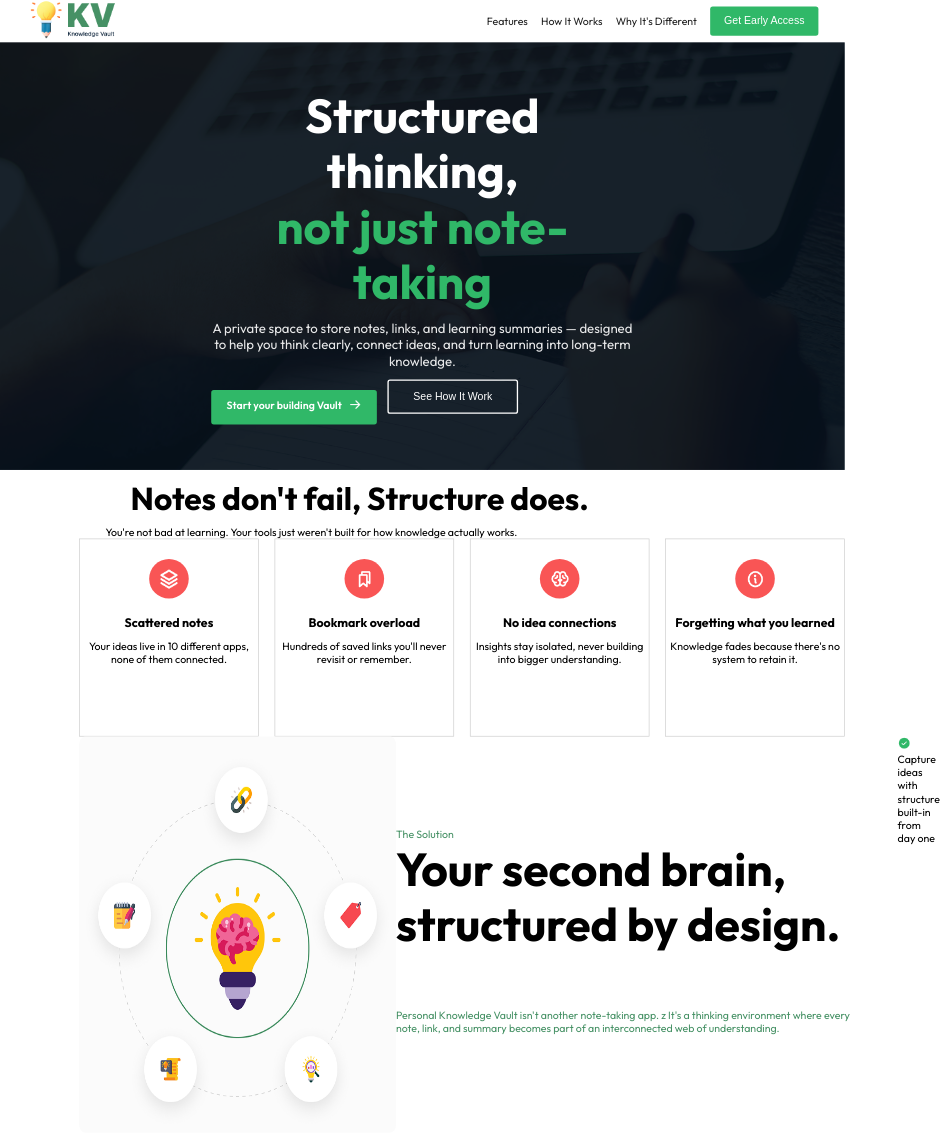
Repository: tanimtanzilislam/Assignment1-PH
Page: index.html
An editor plug-in stored every save of this project. The page is shown before and after the next save, followed by the edit.
The browser window is 1280 px wide. The page is 1424 px wide, then 1280 px, then 1424 px, so the pictures cover 1424 px, including what lies to the right of the window. The pictures show the whole page, at 66% of full size.

Above is the page before, as saved 2026-01-19 23:59:11.

### index.html
<!DOCTYPE html>
<html lang="en">
<head>
    <meta charset="UTF-8">
    <meta name="viewport" content="width=device-width, initial-scale=1.0">
    <title>Assignment 1</title>

    <link rel="stylesheet" href="./style.css">


    <link rel="preconnect" href="https://fonts.googleapis.com">
    <link rel="preconnect" href="https://fonts.gstatic.com" crossorigin>
    <link href="https://fonts.googleapis.com/css2?family=Outfit:wght@100..900&display=swap" rel="stylesheet">
    <link rel="stylesheet" href="https://cdnjs.cloudflare.com/ajax/libs/font-awesome/6.5.1/css/all.min.css">


</head>

<body class="font-inter">

<header>

    <nav class="navbar">
        <div class="logo-navbar">
            <img src="./assets/logo-navbar.png" alt="Logo">
        </div>

        <ul class="nav-list">
            <li><a href="#">Features</a></li>
            <li><a href="#">How It Works</a></li>
            <li><a href="#">Why It's Different</a></li>
            <li><button class="nav-button">Get Early Access</button></li>
        </ul>
    </nav>


    <section id="banner">
        <img src="./assets/hero-bg.png" alt="Background" class="bg-img">

        <div class="banner-content">
            <h1>Structured thinking,</h1>
            <h1 class="banner-content-col">not just note-taking</h1>
            <p>A private space to store notes, links, and learning summaries — designed to
help you think clearly, connect ideas, and turn learning into long-term knowledge.</p>

<div class="button-group">
<button class="banner-btn">
    <span class="txtbtn">Start your building Vault</span>
    <img src="./assets/ArrowRight.png" alt="" class="arrow">
</button>


<button class="transparent-button">See How It Work</button>

</div>

</div>
    </section>
</header>


<div class="poster">
    <h1>Notes don't fail, Structure does.</h1>
  <div><p>You're not bad at learning. Your tools just weren't built for how knowledge actually works.</p></div>
</div>







<div class="card-container">
    <div class="card">
        <div class="ellipse-shape">
            <img src="./assets/Vector.png" alt="" class="icon-img">
        </div>
        <h3>Scattered notes</h3>
        <p>Your ideas live in 10 different apps, none of them connected.</p>
    </div>

    <div class="card">
        <div class="ellipse-shape">
             <img src="./assets/Bookmarks.png" alt="" class="icon-img">
        </div>
        <h3>Bookmark overload</h3>
        <p>Hundreds of saved links you'll never revisit or remember.</p>
    </div>

    <div class="card">
        <div class="ellipse-shape">
           <img src="./assets/Brain.png" alt="" class="icon-img">
        </div>
        <h3>No idea connections</h3>
        <p>Insights stay isolated, never building into bigger understanding.</p>
    </div>

     <div class="card">
        <div class="ellipse-shape">
             <img src="./assets/Info.png" alt="" class="icon-img">
        </div>
        <h3>Forgetting what
you learned</h3>
        <p>Knowledge fades because there's no system to retain it.</p>
    </div>
</div>


<div class="App">

<img src="./assets/knowledge.png" alt="" class="App-img">
<div class="soln">
    <p >The Solution</p>
    <h1>Your second brain,
structured by design.</h1>
<p class="para">Personal Knowledge Vault isn't another note-taking app. z It's a thinking environment where every note, link, and summary becomes part of an interconnected web of understanding.</p>
</div>
<div class="list">


        <p> <img src="./assets/CheckCircle.png" alt="">Capture ideas with structure built-in from day one </p>


</div>




</div>



</body>
</html>

### style.css
*{
    margin: 0;
    padding: 0;
    box-sizing: border-box;
}

.font-inter{
    font-family: "Outfit", sans-serif;
}

/* NAVBAR */
.navbar{
    max-width: 1200px;
    height: 64px;
    margin: 0 auto;
    display: flex;
    justify-content: space-between;
    align-items: center;
}

.logo-navbar img{
    width: 139px;
    height: auto;
}

.nav-list{
    display: flex;
    list-style: none;
    gap: 20px;
    align-items: center;
}

.nav-list a{
    text-decoration: none;
    color: #222;
    font-size: 16px;
}

.nav-button{
    width: 164px;
    height: 44px;
    color: white;
    background-color: #30B868;
    border-radius: 4px;
    border: none;
    font-size: 16px;
    cursor: pointer;
}

/* BANNER */
#banner{
    position: relative;
    height: 90vh;
    overflow: hidden;
}

.bg-img{
    width: 100%;
    height: 100%;
    object-fit: cover;
}

/* overlay */
#banner::before{
    content: "";
    position: absolute;
    inset: 0;
    background: rgba(0,0,0,0.5);
}

/* TEXT ON IMAGE */
.banner-content{
    position: absolute;
    top: 50%;
    left: 50%;
    transform: translate(-50%, -50%);
    color: white;
    text-align: center;
    max-width: 770px;
}

.banner-content h1{
    font-size: 72px;
    font-weight: 700;
    line-height: 84px;
}

.banner-content p{
    font-size: 20px;
    margin-top: 15px;
    opacity: 0.9;
}


.banner-content-col{
    color:#30B868
}
.banner-btn{
    width: 251px;
    height: 52px;
    border-radius: 4px;         /* correct */
    padding: 4px 16px 12px 16px;
    margin-top: 32px;
    gap: 10px;
    background-color: #30B868;
    display: flex;
    align-items: center;        /* vertically center */
    justify-content: center;
    cursor: pointer;
    border: none;
}

.txtbtn{
    color: white;
    font-family: "Outfit", sans-serif; /* or inter */
    font-weight: 600;
    font-size: 16px;
}

.arrow{
    width: 18px;
    height: 18px;
}

.transparent-button{
    background: transparent;
    border: 2px solid white;     /* button visible রাখতে */
    color: white;
    width: 198px;
    height: 52px;
    border-radius: 4px;          /* correct */
    font-size: 16px;
    cursor: pointer;

    display: flex;
    align-items: center;
    justify-content: center;
}


.arrow{
    width:20px;
    height:20px;
}

.poster h1{
    position: relative;


    color:black;
    text-align: center;
    max-width: 770px;
    font-size: 48px;
    font-weight: 700;
    line-height: 84px;
}


.button-group{
    display: flex;
    gap: 16px;
    align-items: center;
}

.poster{
    max-width: 1200px;
    margin: 0 auto;
    padding:0 120px;
    align-items:center;
}

.card-container{

    display:flex;
    justify-content: center;
    gap:24px;
    border-color:8px;
    padding-left: 120px;
}
.card{
    display: flex;
     width: 322px;
    height: 300px;
     align-items: center;      /* horizontally center */
    border: 1px solid #ccc; /* border */
    box-sizing: border-box;
     /* Add this */
    display: flex;
    flex-direction: column;
    align-items: center;      /* horizontally center */
    text-align: center;       /* text center */
    padding-top: 20px;
    gap: 14px;

}
.card h3{

    font:inter;
    weight: 600px;
    style:semibold;
    align-items: center;
}
.ellipse-shape {
    width: 60px;
    height: 60px; /* Or equal for circle */
    background-color: #F95555;
    border-radius: 50%; /* Makes it elliptical/circular */
    margin: 10px auto; /* Center it */
      display: flex;
    justify-content: center;      /* horizontal center */
    align-items: center;
}
.icon-img{
    width:27.01px;
    height: 29px;
    Top:1.5px;
    Left:2.49px;
    align-items:center;
}
.App{
    display: flex;
}
.App-img{
    width:600px;
    height: 600px;
    radius:12px;
    padding-left:120px;
}
.soln p{
   color:#469165;
   width: 700px;
   height:20px;
   margin-top:138px;
   margin-right:60px;
}
.soln h1{
    width:700px;
    height:116px;
    font:inter;
    weight:700;
    style:bold;
    size:48px;
    line-height: 100%;

    font-size: 70px;
    font-weight: 700;
    line-height: 84px;
    margin-bottom: 0px;
}
.para{
    margin-top:16px;
}
/* RESPONSIVE */
@media (max-width: 768px){
    .banner-content h1{
        font-size: 42px;
        line-height: 52px;
    }
}

After the next save:
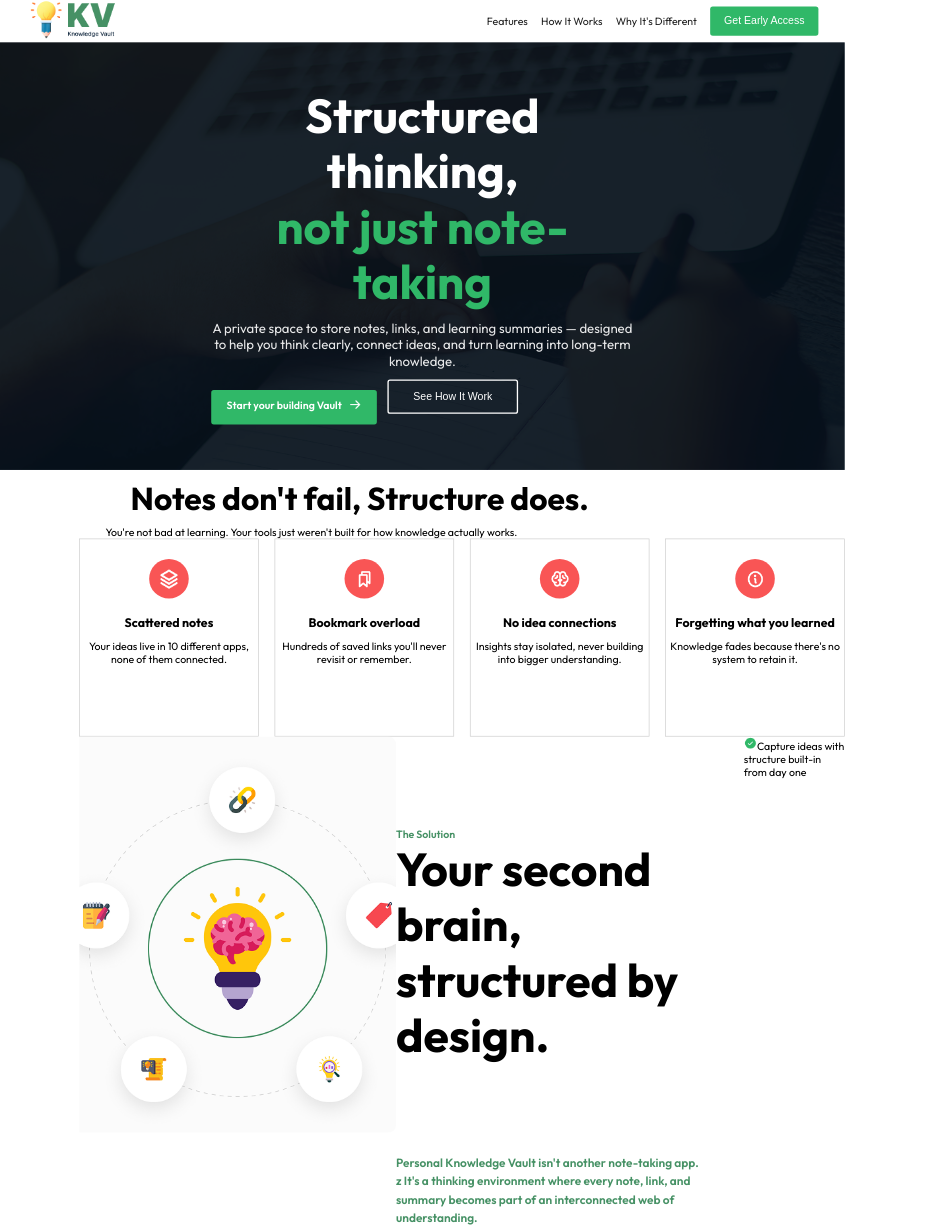
Saved 60 s later.
--- a/style.css
+++ b/style.css
@@ -219,37 +219,42 @@
 }
 .App{
     display: flex;
-}
+    align-items: flex-start;
+}
+
 .App-img{
-    width:600px;
+    width: 600px;
     height: 600px;
-    radius:12px;
-    padding-left:120px;
-}
+    border-radius: 12px;   /* radius → border-radius */
+    padding-left: 120px;
+    object-fit: cover;
+}
+
 .soln p{
-   color:#469165;
-   width: 700px;
-   height:20px;
-   margin-top:138px;
-   margin-right:60px;
-}
+   color: #469165;
+   margin-top: 138px;
+   margin-right: 60px;
+   font-family: "Outfit", sans-serif;
+   font-weight: 600;
+}
+
 .soln h1{
-    width:700px;
-    height:116px;
-    font:inter;
-    weight:700;
-    style:bold;
-    size:48px;
-    line-height: 100%;
-
+    font-family: "Outfit", sans-serif;
     font-size: 70px;
     font-weight: 700;
     line-height: 84px;
-    margin-bottom: 0px;
-}
+    margin-bottom: 0;
+}
+
 .para{
-    margin-top:16px;
-}
+    margin-top: 16px;
+    font-family: "Outfit", sans-serif;
+    font-size: 18px;
+    line-height: 28px;
+    color: #333;
+    max-width: 700px;
+}
+
 /* RESPONSIVE */
 @media (max-width: 768px){
     .banner-content h1{

After the save that followed:
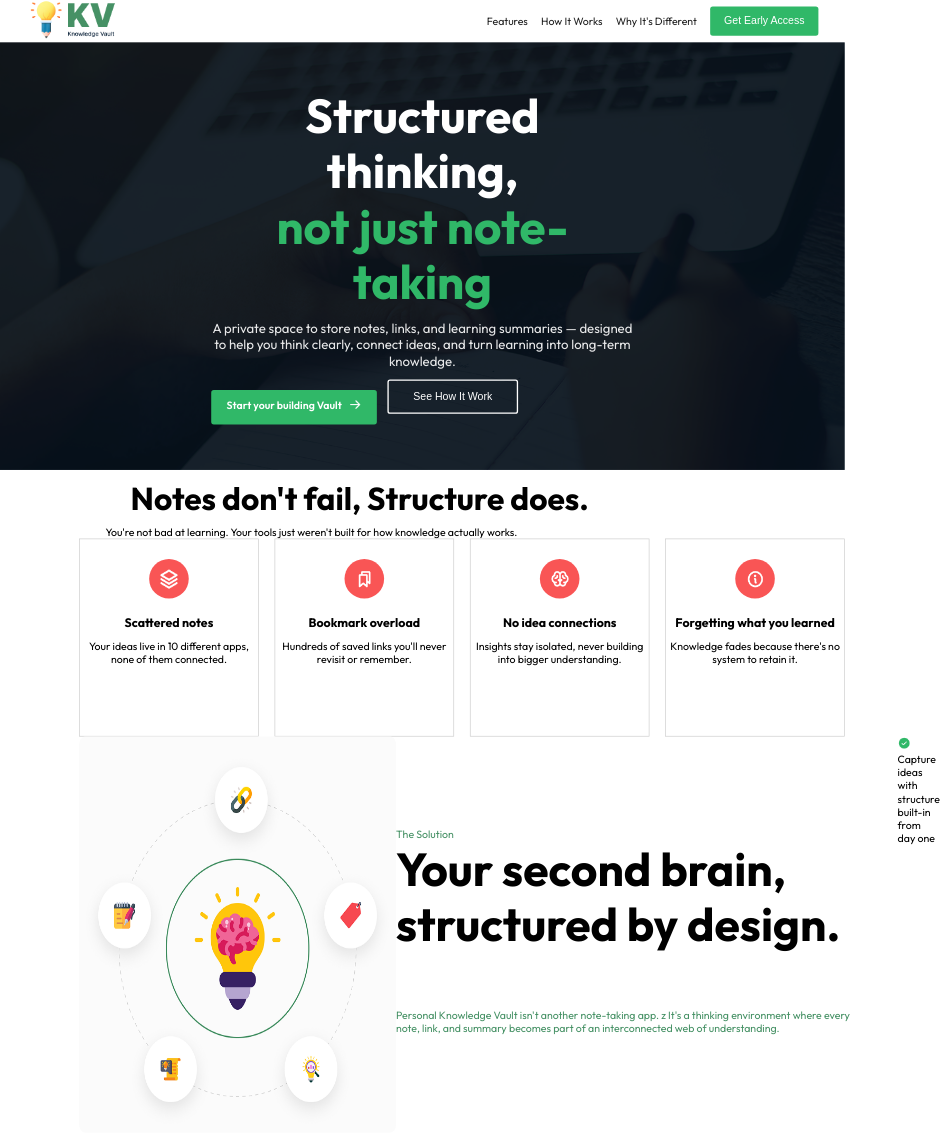
Saved 15 s later.
--- a/style.css
+++ b/style.css
@@ -219,42 +219,37 @@
 }
 .App{
     display: flex;
-    align-items: flex-start;
-}
-
+}
 .App-img{
-    width: 600px;
+    width:600px;
     height: 600px;
-    border-radius: 12px;   /* radius → border-radius */
-    padding-left: 120px;
-    object-fit: cover;
-}
-
+    radius:12px;
+    padding-left:120px;
+}
 .soln p{
-   color: #469165;
-   margin-top: 138px;
-   margin-right: 60px;
-   font-family: "Outfit", sans-serif;
-   font-weight: 600;
-}
-
+   color:#469165;
+   width: 700px;
+   height:20px;
+   margin-top:138px;
+   margin-right:60px;
+}
 .soln h1{
-    font-family: "Outfit", sans-serif;
+    width:700px;
+    height:116px;
+    font:inter;
+    weight:700;
+    style:bold;
+    size:48px;
+    line-height: 100%;
+
     font-size: 70px;
     font-weight: 700;
     line-height: 84px;
-    margin-bottom: 0;
-}
-
+    margin-bottom: 0px;
+}
 .para{
-    margin-top: 16px;
-    font-family: "Outfit", sans-serif;
-    font-size: 18px;
-    line-height: 28px;
-    color: #333;
-    max-width: 700px;
-}
-
+    margin-top:16px;
+}
 /* RESPONSIVE */
 @media (max-width: 768px){
     .banner-content h1{
